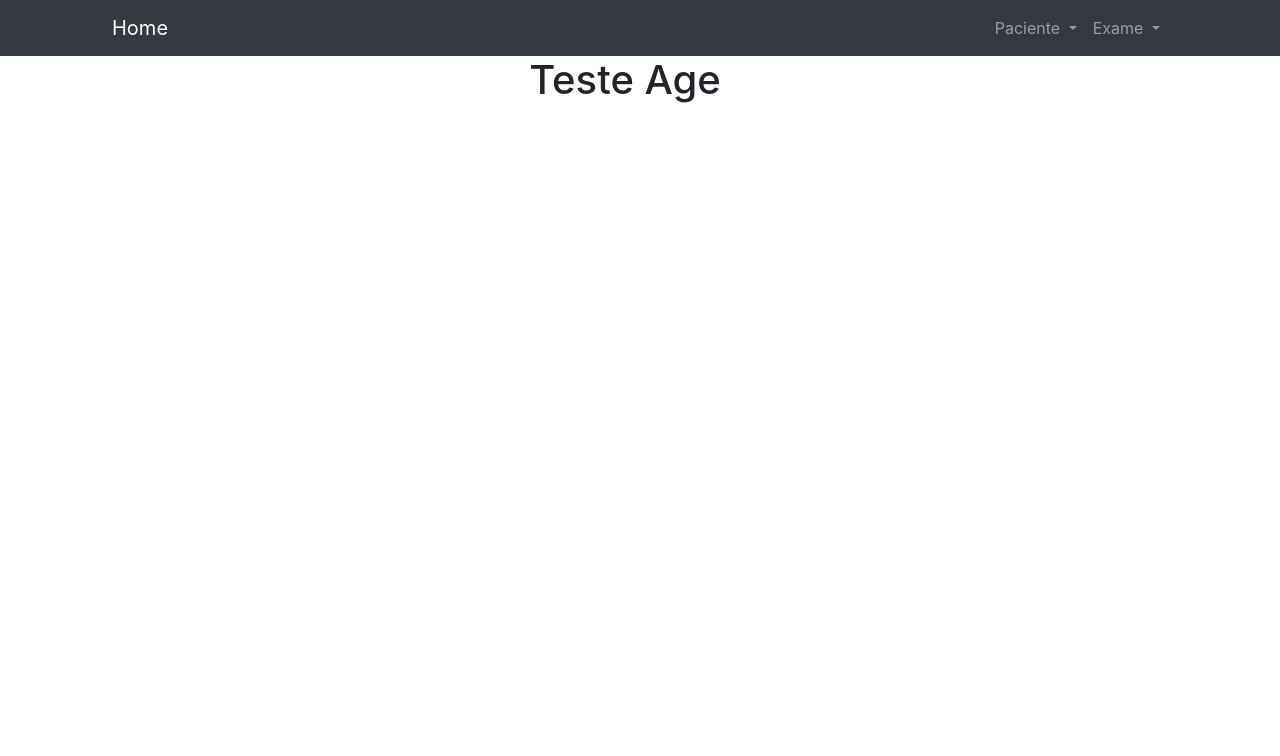
Repository: noobDevPRB/struts2_project
Page: http://localhost/Projeto_SOCTest/
These files come from the project's save history. The page is drawn as it stood at one moment and after the next save; the edit follows.
The browser window is 1280 px wide. The pictures show the whole page.
The page is served by Tomcat 9. Nobody is signed in. The application's start-up code is not run.

Above is the page before, as saved 2020-10-18 15:11:45.

After the next save:
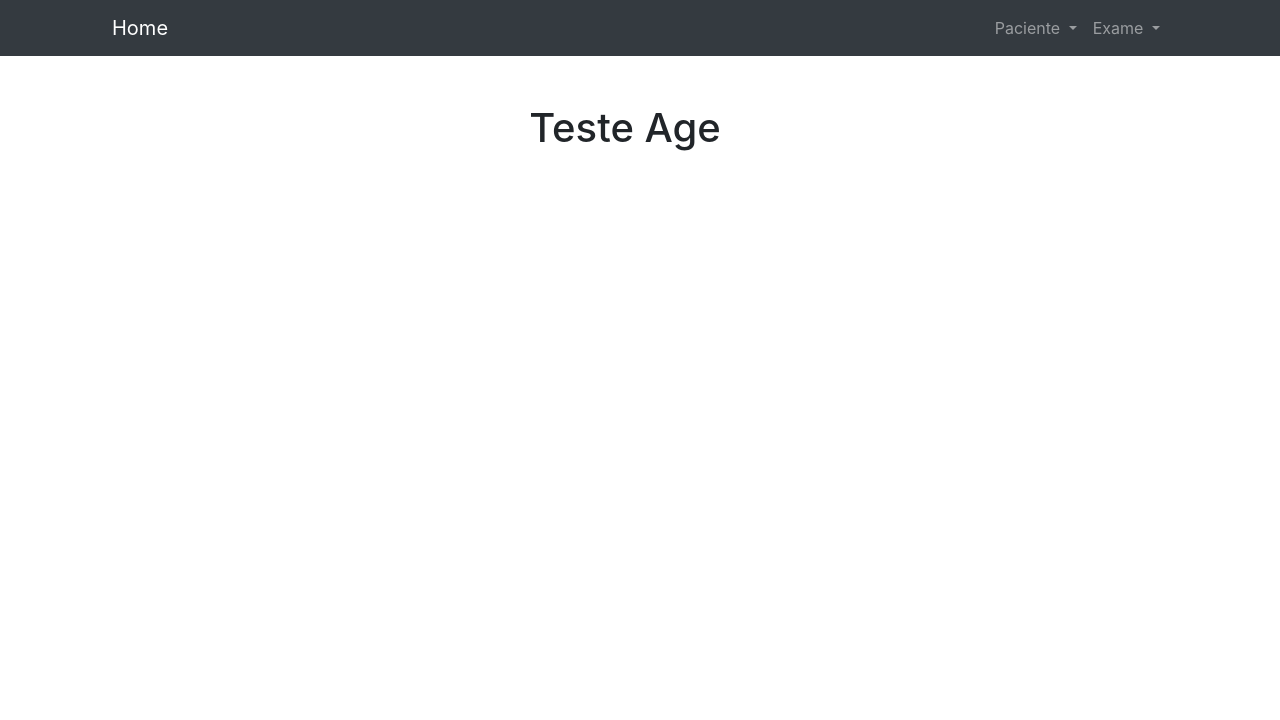
Saved 59 s later.
--- a/Projeto_SOCTest/WebContent/index.jsp
+++ b/Projeto_SOCTest/WebContent/index.jsp
@@ -39,7 +39,7 @@
 			</ul>
 		</div>
 	</nav>
-	<div class="row justify-content-center custon-table">
+	<div class="row justify-content-center pt-5 myt-5">
 		<h1>Teste Age</h1>
 	</div>
 </body>
